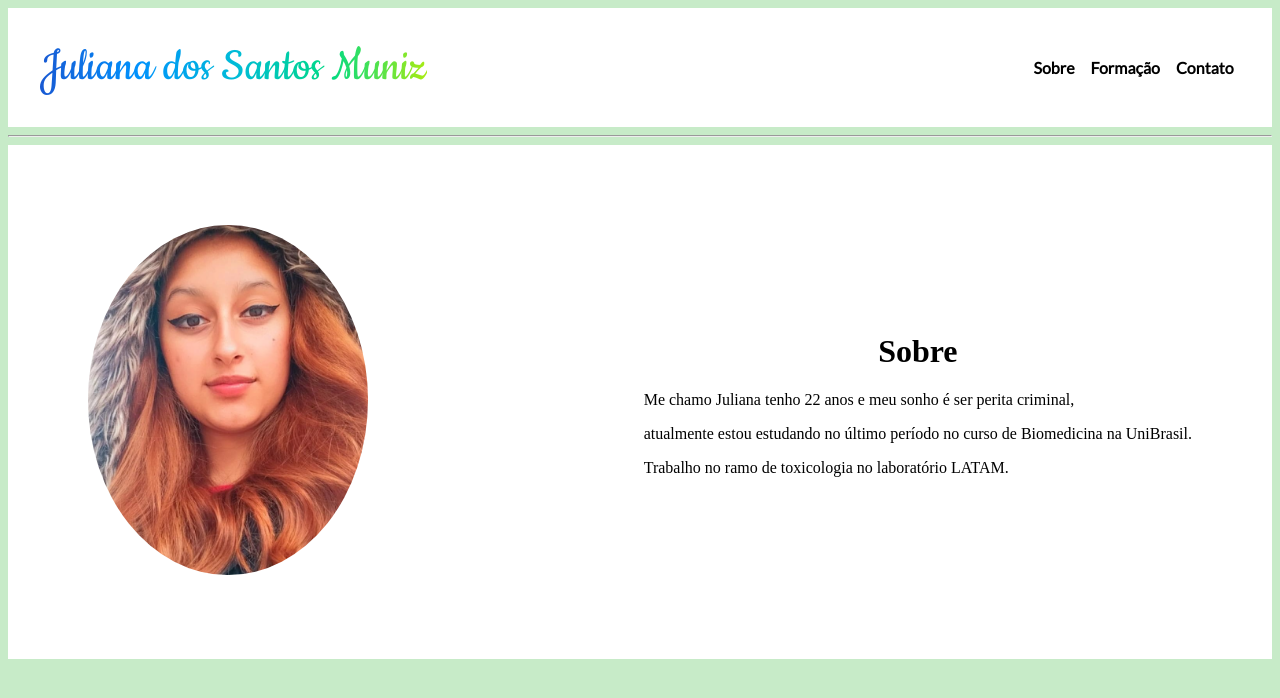
Repository: joaovnogueira/Portfolio-Juliana
Page: index.html
These files come from the project's save history. The page is drawn as it stood at one moment and after a run of saves; the edit follows.
The browser window is 1280 px wide. The pictures show the whole page.

Above is the page before, as saved 2022-06-14 16:01:20.

### index.html
<!DOCTYPE html>
<html lang="en">
<head>
    <link rel="stylesheet" href="styles.css">
    <meta charset="UTF-8">
    <meta http-equiv="X-UA-Compatible" content="IE=edge">
    <meta name="viewport" content="width=device-width, initial-scale=1.0">
    <title>Portfólio Juliana</title>
</head>
<body>
    <header>
        <nav>
            <div class="logo">Juliana dos Santos Muniz</div>
            <div class="menu">
                <a href="">Sobre</a>
                <a href="">Formação</a>
                <a href="">Contato</a>
            </div>
        </nav>
    </header>
    <hr>
    <main>
        <div class="perfil">
            <div class="foto">
                <img src="./assets/foto-perfil.png" alt="Foto de perfil" id="fotoperfil">
            </div>
            <div class="separator">
            </div>
            <div class="conteudo">
                <h1>Sobre</h1>
                <p>Me chamo Juliana tenho 22 anos e meu sonho é ser perita criminal,</p>
                <p>atualmente estou estudando no último período no curso de Biomedicina na UniBrasil.</p>
                <p>Trabalho no ramo de toxicologia no laboratório LATAM.</p>
            </div>
        </div>
        <div></div>
    </main>
    <footer></footer>
</body>
</html>

### styles.css
@import url('https://fonts.googleapis.com/css2?family=Cookie&display=swap');
@import url('https://fonts.googleapis.com/css2?family=Lato&display=swap');

body{
    background-color: #C7EBC8;
}

header {
    background-color: #FFFFFF;
    padding: 2rem;
    align-items: center;
}

nav{
    display: flex;
    justify-content: space-between;
    align-items: center;
}

.logo{
    font-family: 'Cookie', cursive;
    font-size: 50px;
    background-clip: text;
    -webkit-background-clip: text;
    background-image: linear-gradient(to right, #1859d3, #0091fc, #00bbd9, #00da84, #a8eb12);
    color: transparent;
}

.menu{
    font-family: 'Lato', sans-serif;
    font-weight: bold;
}

a{
    text-decoration: none;
    color: black;
    margin: .4rem;
}

hr{
    background-color: #FFFFFF;
}


.perfil {
    background-color: #FFFFFF;
    display: flex;
    padding: 5rem;
    align-items: center;
    justify-content: space-between;
}

.foto{
    align-items: center;
}

.conteudo{

}

h1{
    text-align: center;
}



img{
    border-radius: 50%;
    max-width:750px;
    max-height:350px;
    width: auto;
    height: auto;
}

#icon{
    max-width: 40px;
    max-height:40px;

}

After the next 2 saves:
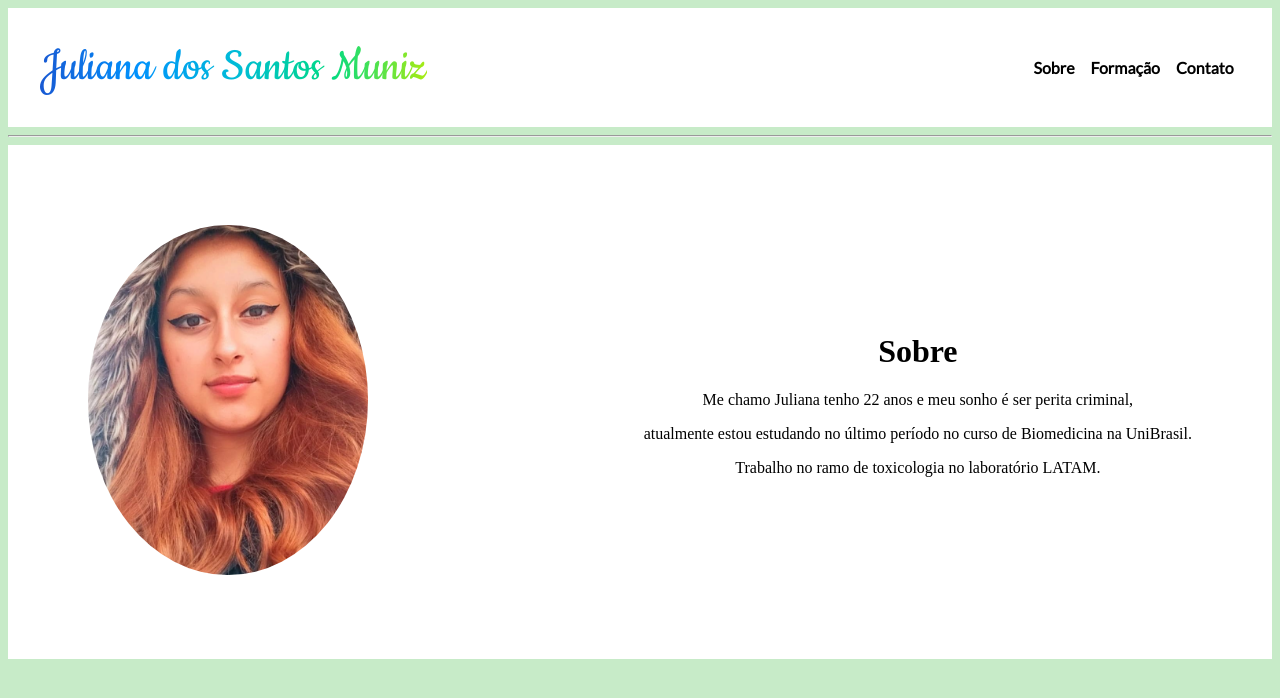
The 2 saves are shown as one change because they came seconds apart.
The last was saved 11 s later.
--- a/styles.css
+++ b/styles.css
@@ -62,7 +62,9 @@
     text-align: center;
 }
 
-
+p{
+    text-align: center;
+}
 
 img{
     border-radius: 50%;

After the save that followed:
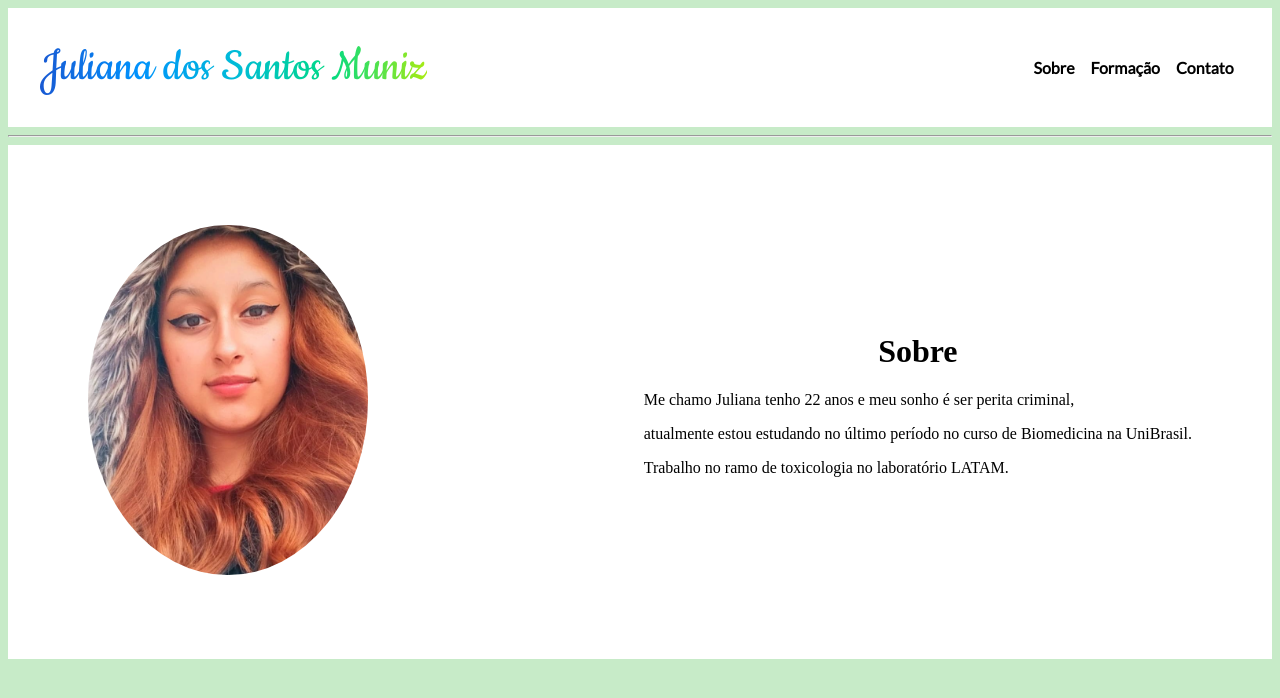
Saved 9 s later.
--- a/styles.css
+++ b/styles.css
@@ -63,7 +63,7 @@
 }
 
 p{
-    text-align: center;
+    text-align: left;
 }
 
 img{
